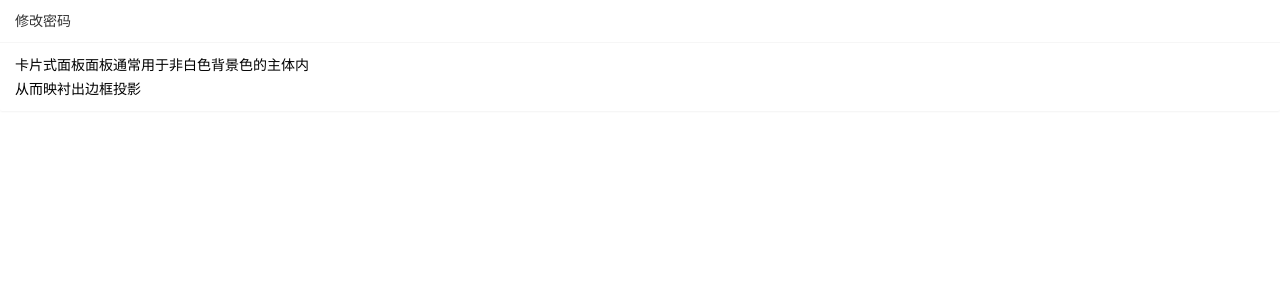
Repository: hjg520/web_bigevent
Page: user/user_pwd.html
An editor plug-in stored every save of this project. The page is shown before and after the next save, followed by the edit.
The browser window is 1280 px wide. The pictures show the whole page.

Above is the page before, as saved 2022-05-10 21:48:28.

After the next save:
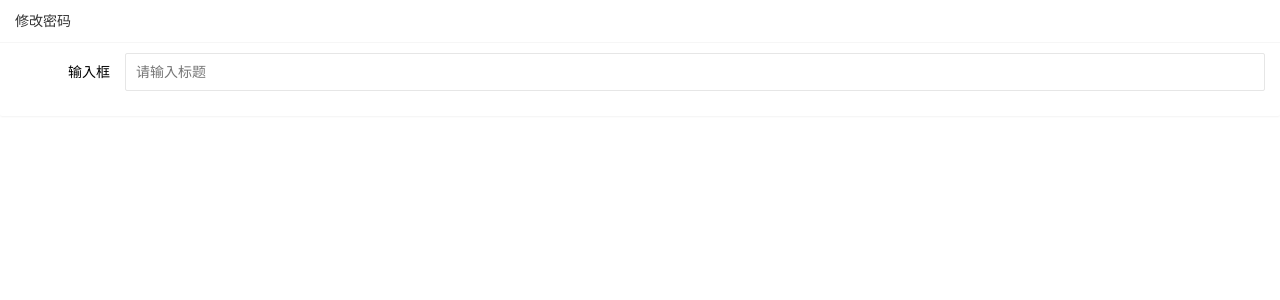
Saved 89 s later.
--- a/user/user_pwd.html
+++ b/user/user_pwd.html
@@ -16,8 +16,13 @@
     <div class="layui-card">
         <div class="layui-card-header">修改密码</div>
         <div class="layui-card-body">
-          卡片式面板面板通常用于非白色背景色的主体内<br>
-          从而映衬出边框投影
+            <form class="layui-form" action="">
+                <div class="layui-form-item">
+                  <label class="layui-form-label">输入框</label>
+                  <div class="layui-input-block">
+                    <input type="text" name="title" required  lay-verify="required" placeholder="请输入标题" autocomplete="off" class="layui-input">
+                  </div>
+                </div>
         </div>
       </div>
 
